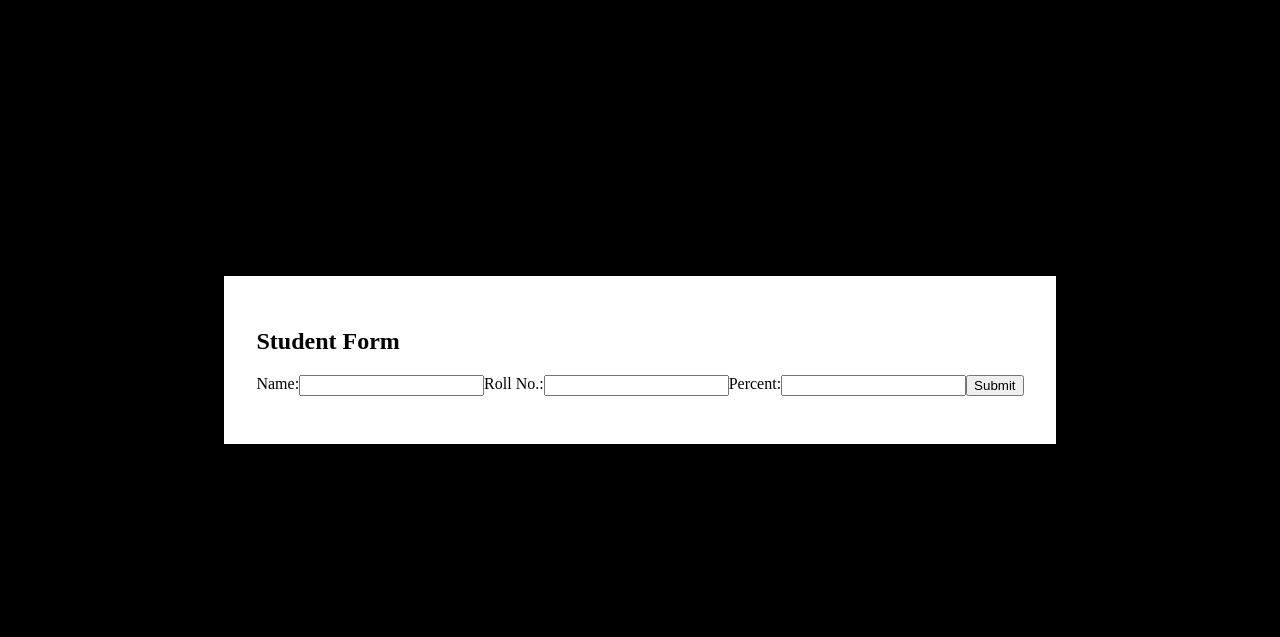
Repository: deeptimahisare1206/Todo_List
Page: http://localhost/Hib_Nest/
An editor plug-in stored every save of this project. The page is shown before and after the next save, followed by the edit.
The browser window is 1280 px wide. The pictures show the whole page.
The page is served by Tomcat 10.

Above is the page before, as saved 2024-11-09 10:53:13.

After the next save:
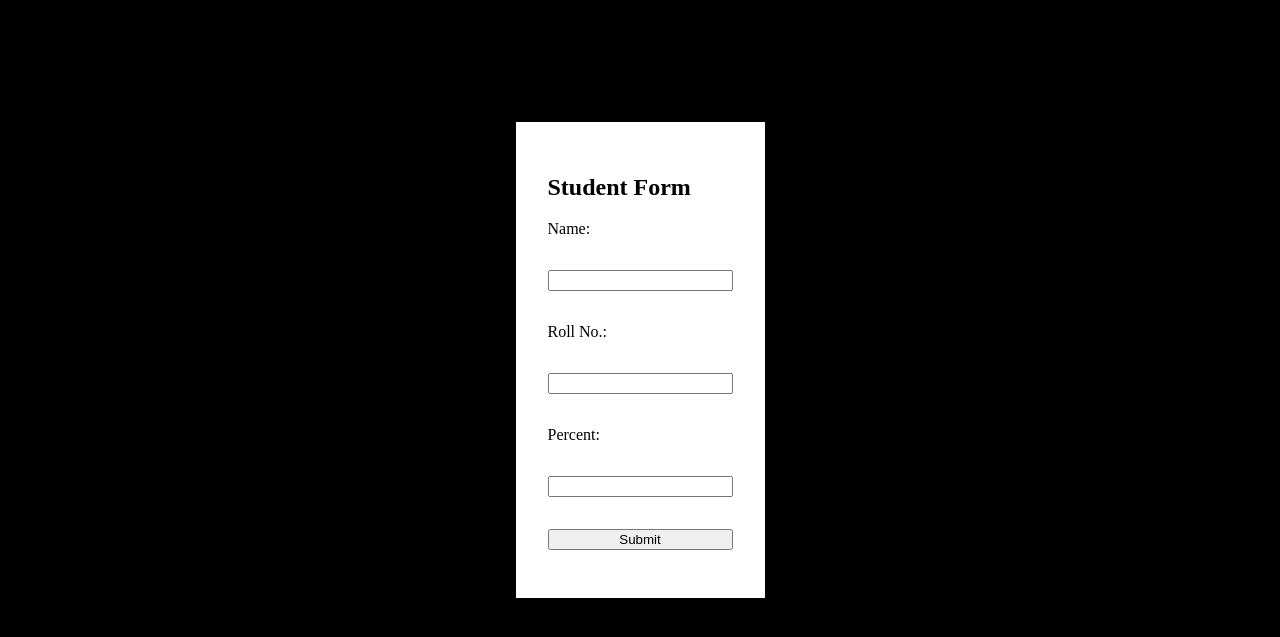
Saved 69 s later.
--- a/Hib_Nest/src/main/webapp/index.jsp
+++ b/Hib_Nest/src/main/webapp/index.jsp
@@ -15,6 +15,8 @@ padding:2rem;
 }
 form{
 	display: flex;
+	flex-direction: column;
+	gap: 2rem;
 }
 </style>
 </head>
